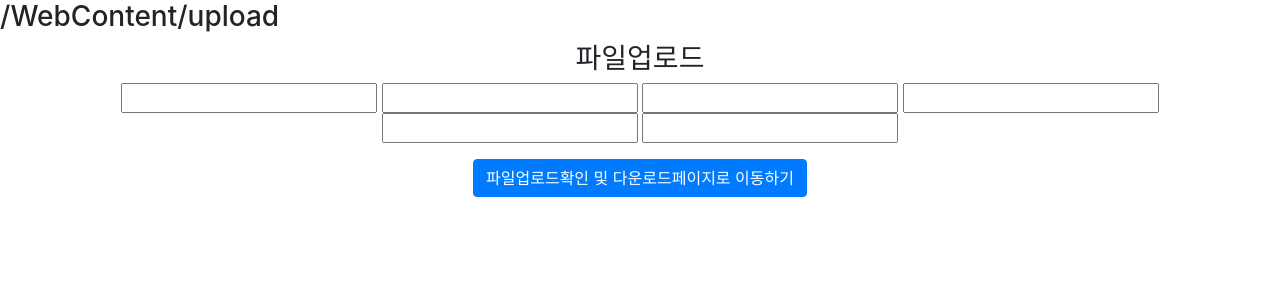
Repository: NoChanJong/JSP
Page: http://localhost/jsp05_file/jsp05_fileupload.jsp
An editor plug-in stored every save of this project. The page is shown before and after the next save, followed by the edit.
The browser window is 1280 px wide. The pictures show the whole page.
The page is served by Tomcat 9. Other server files are loaded and not shown.

Above is the page before, as saved 2023-05-19 03:52:36.
Console error (its wording comes from the project's code and is left out).

### jsp05_file/WebContent/jsp05_fileupload.jsp
<%@page language="java" contentType="text/html; charset=UTF-8" pageEncoding="UTF-8"%>
<%
	String uploadPath = request.getRealPath("upload");
	out.println("<h3>" + uploadPath + "</h3>");

	String name = "";
	String subject = "";
	String filename1 = "";
	String filename2 = "";
	String orgfilename1 = "";
	String orgfilename2 = "";

%>
<!DOCTYPE html>
<html>
<head>
	 <meta charset="UTF-8">
	 <meta name="viewport" content="width=device-width, initial-scale=1, minimum-scale=1, maximum-scale=1">
     <link href="https://cdn.jsdelivr.net/npm/bootstrap@4.5.2/dist/css/bootstrap.min.css" rel="stylesheet">
     <script src="https://cdn.jsdelivr.net/npm/bootstrap@4.5.2/dist/js/bootstrap.bundle.min.js"></script>
<title>Insert title here</title>
</head>
<body>
	<div class="container" align="center">
		<h3>파일업로드</h3>

		<form action="jsp06_filecheck.jsp" method="post" name="filecheck">
			<input type="text" name="name" value="<%= name %>" />
			<input type="text" name="subject" value="<%= subject %>" />
			<input type="text" name="filename1" value="<%= filename1 %>" />
			<input type="text" name="filename2" value="<%= filename2 %>" />
			<input type="text" name="orgfilename1" value="<%= orgfilename1 %>" />
			<input type="text" name="orgfilename2" value="<%= orgfilename2 %>" />
		</form>
		<a href="#" class="btn btn-primary" onclick="javascript:filecheck.submit()">
		파일업로드확인 및 다운로드페이지로 이동하기</a>
	</div>
</body>
</html>

After the next save:
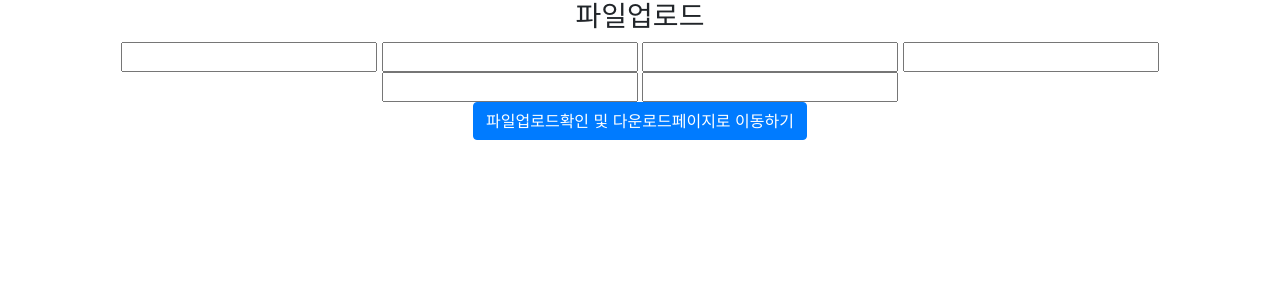
Saved 2 min 17 s later.
--- a/jsp05_file/WebContent/jsp05_fileupload.jsp
+++ b/jsp05_file/WebContent/jsp05_fileupload.jsp
@@ -1,7 +1,8 @@
 <%@page language="java" contentType="text/html; charset=UTF-8" pageEncoding="UTF-8"%>
 <%
 	String uploadPath = request.getRealPath("upload");
-	out.println("<h3>" + uploadPath + "</h3>");
+	// out.println("<h3>" + uploadPath + "</h3>");
+	uploadPath = "c:/Temp";
 
 	String name = "";
 	String subject = "";
